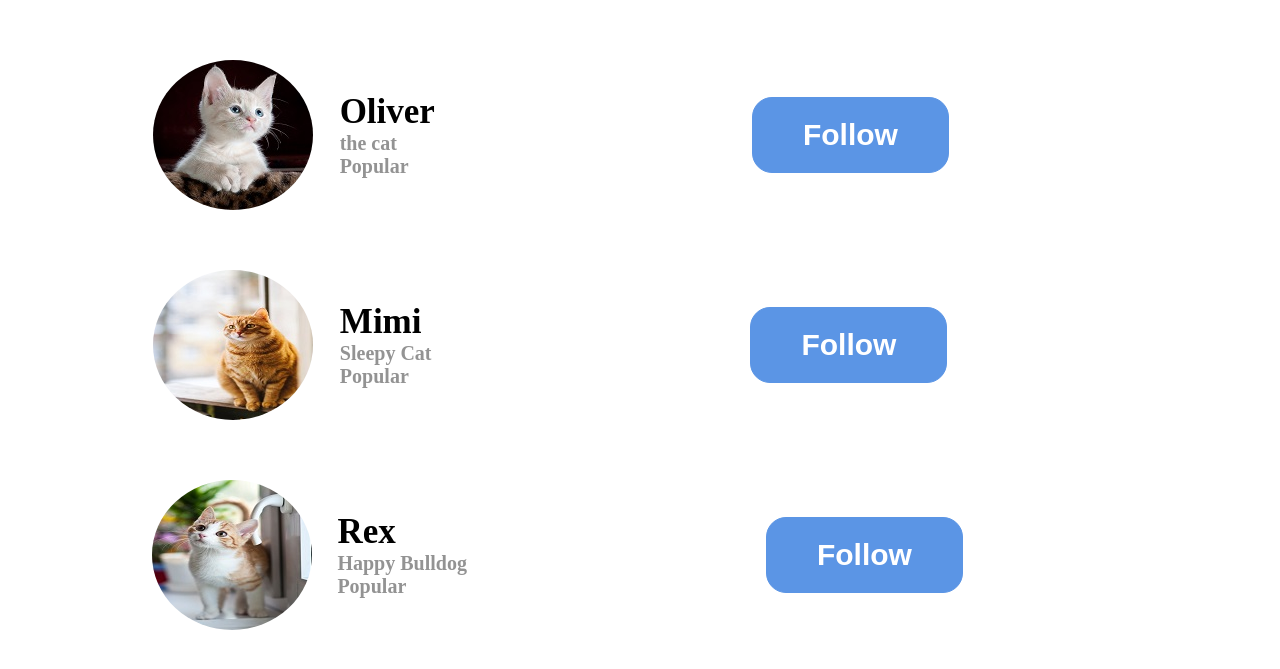
Repository: arifshahriyarnader/css-flexbox
Page: Exercise 4/index.html
The author's editor kept a copy of each file at every save. The page is drawn from the files as they stood at one save, then again after the next save.
The browser window is 1280 px wide. The pictures show the whole page.

Above is the page before, as saved 2024-06-21 11:48:24.

### Exercise 4/index.html
<!DOCTYPE html>
<html lang="en">
<head>
    <meta charset="UTF-8">
    <meta name="viewport" content="width=device-width, initial-scale=1.0">
    <title>Document</title>
    <link rel="stylesheet" href="css/style.css">
</head>
<body>
        <div class="follow">
            <img src="images/cat1.jpg" alt="cat 1" class="follow_img">
            <div class="follow_content">
                <h3>Oliver</h3>
                <p>the cat</p>
                <p>Popular</p>
            </div>
            <div></div>
            <div></div>
            <div></div>
            <div></div>
            <div></div>
            <div></div>
            <div></div>
            <div></div>
            <div></div>
            <div></div>
            <div></div>
            <button type="submit" class="btn">Follow</button>
            <div></div>
            <div></div>
            <div></div>
            <div></div>
            <div></div>
            <div></div>
            <div></div>
            <div></div>
            <div></div>
        </div>

        <div class="follow">
            <img src="images/cat2.jpg" alt="cat 1" class="follow_img">
            <div class="follow_content">
                <h3>Mimi</h3>
                <p>Sleepy Cat</p>
                <p>Popular</p>
            </div>
            <div></div>
            <div></div>
            <div></div>
            <div></div>
            <div></div>
            <div></div>
            <div></div>
            <div></div>
            <div></div>
            <div></div>
            <div></div>
            <button type="submit" class="btn">Follow</button>
            <div></div>
            <div></div>
            <div></div>
            <div></div>
            <div></div>
            <div></div>
            <div></div>
            <div></div>
            <div></div>
        </div>

        <div class="follow">
            <img src="images/cat3.jpg" alt="cat 1" class="follow_img">
            <div class="follow_content">
                <h3>Rex</h3>
                <p>Happy Bulldog</p>
                <p>Popular</p>
            </div>
            <div></div>
            <div></div>
            <div></div>
            <div></div>
            <div></div>
            <div></div>
            <div></div>
            <div></div>
            <div></div>
            <div></div>
            <div></div>
            <button type="submit" class="btn">Follow</button>
            <div></div>
            <div></div>
            <div></div>
            <div></div>
            <div></div>
            <div></div>
            <div></div>
            <div></div>
            <div></div>
        </div>
</body>
</html>

### Exercise 4/css/style.css
*{
    margin:0;
    padding: 0;
    box-sizing: border-box;
}
.follow{
    display: flex;
    align-items: center;
    justify-content: space-around;
    margin:60px 80px;
}
.follow_img{
    border-radius: 50%;
    margin-left: 60px;
}
.follow_content h3{
    font-size: 35px;

}

.follow_content p{
    color:#939393;
    font-size: 20px;
    font-weight: bold;
    padd
}

.btn{
    background-color: #5B95E5;
    color: #fff;
    padding: 20px 50px;
    font-size: 30px;
    font-weight: bold;
    border: 1px solid #5B95E5;
    border-radius: 20px;
}

After the next save:
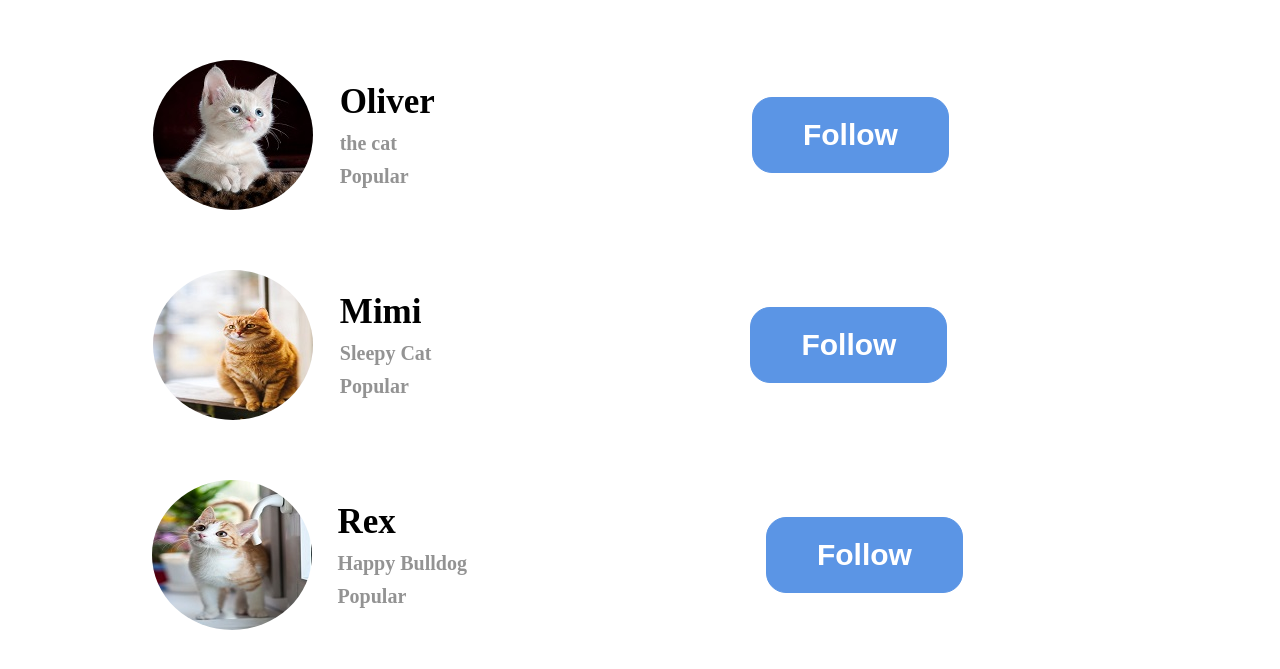
Saved 4 s later.
--- a/Exercise 4/css/style.css
+++ b/Exercise 4/css/style.css
@@ -22,7 +22,7 @@
     color:#939393;
     font-size: 20px;
     font-weight: bold;
-    padd
+    padding-top: 10px;
 }
 
 .btn{
